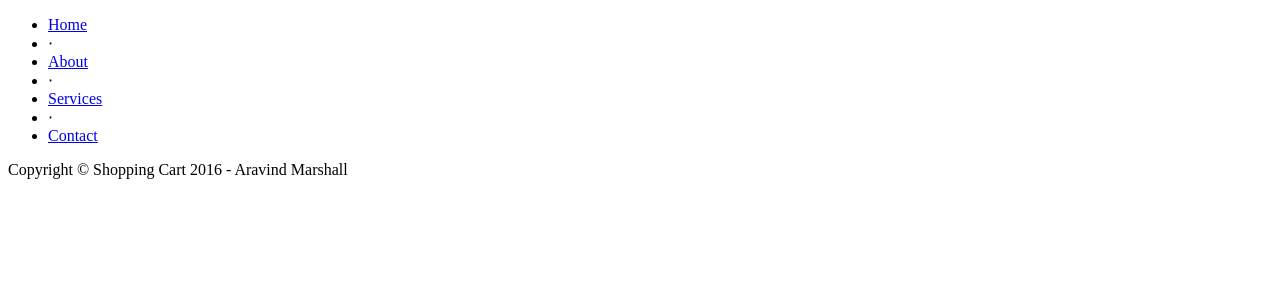
Repository: AravindMarshall/ShoppingCart
Page: http://localhost/Phineas/Header and footer.jsp
An editor plug-in stored every save of this project. The page is shown before and after the next save, followed by the edit.
The browser window is 1280 px wide. The pictures show the whole page.
The page is served by Tomcat 9.

Above is the page before, as saved 2016-06-11 14:18:03.
Console error (its wording comes from the project's code and is left out).

After the next save:
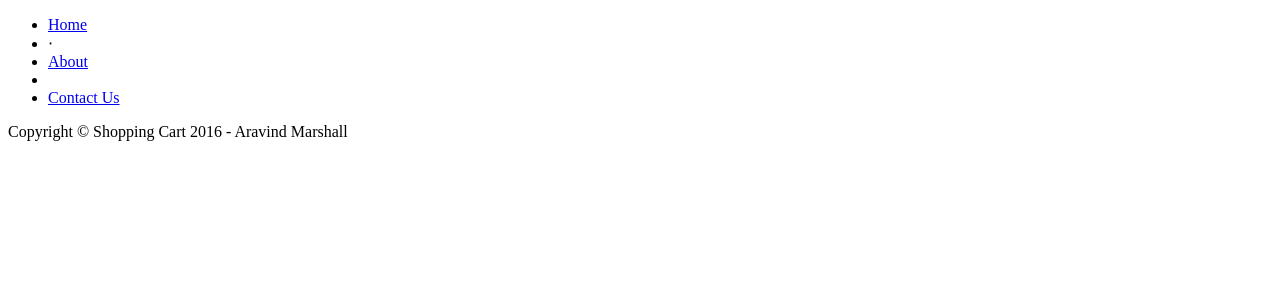
Saved 3 min 38 s later.
--- a/NIIT Shopping Cart/Phineas/WebContent/Header and footer.jsp
+++ b/NIIT Shopping Cart/Phineas/WebContent/Header and footer.jsp
@@ -23,15 +23,11 @@
                         </li>
                         <li class="footer-menu-divider">&sdot;</li>
                         <li>
-                            <a href="#about">About</a>
+                            <a href="about.jsp">About</a>
                         </li>
-                        <li class="footer-menu-divider">&sdot;</li>
+                        <li class="footer-menu-divider"> </li>
                         <li>
-                            <a href="#services">Services</a>
-                        </li>
-                        <li class="footer-menu-divider">&sdot;</li>
-                        <li>
-                            <a href="#contact">Contact</a>
+                            <a href="ContactUs.jsp">Contact Us</a>
                         </li>
                     </ul>
                     <p class="copyright text-muted small">Copyright &copy; Shopping Cart 2016 - Aravind Marshall</p>
